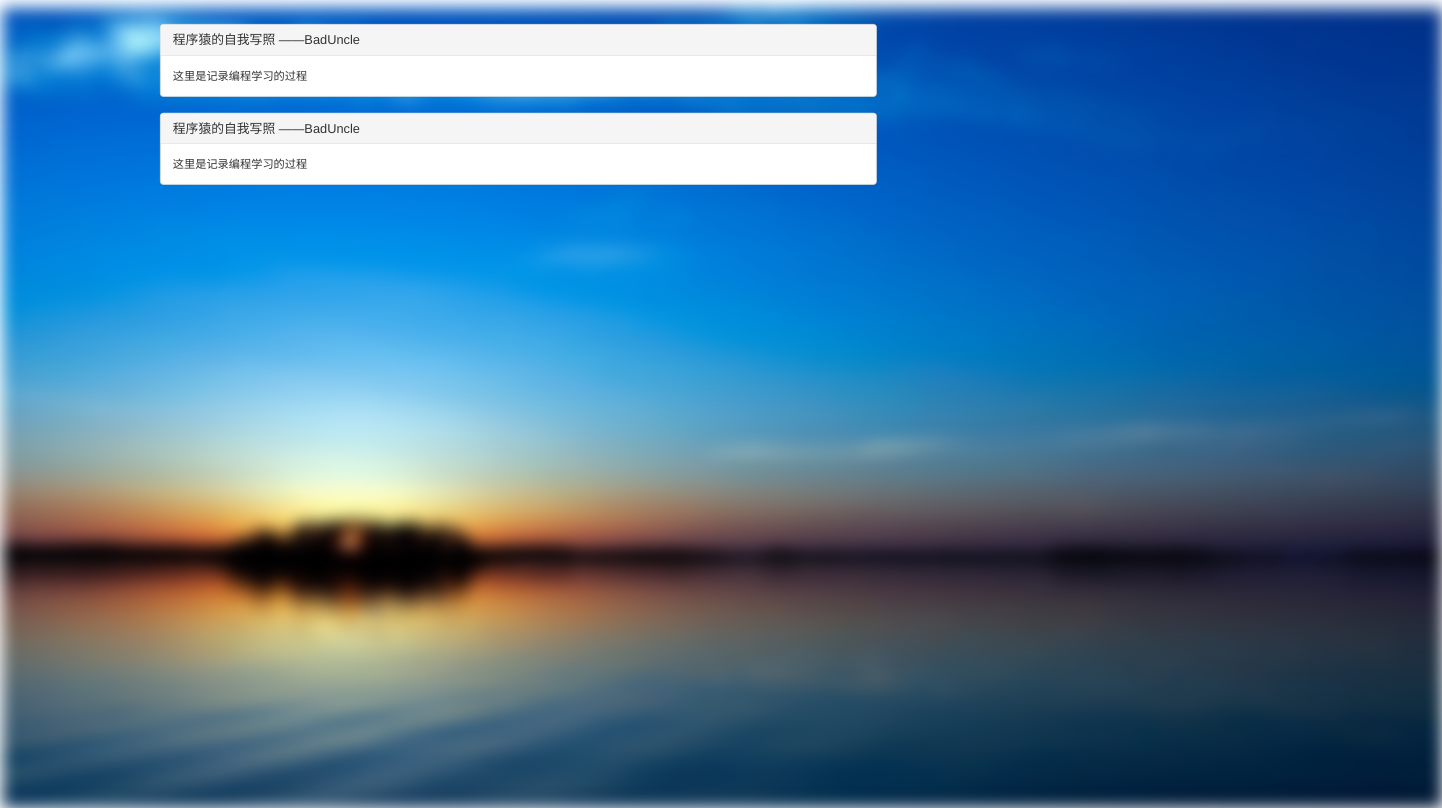
Repository: lidasi/monkeyLife
Page: http://localhost/monkeyLife/jsp/english.jsp
An editor plug-in stored every save of this project. The page is shown before and after the next save, followed by the edit.
The browser window is 1280 px wide. The page is 1803 px wide, so the pictures cover 1803 px, including what lies to the right of the window. The pictures show the whole page, at 80% of full size.
The page is served by Tomcat 9.

Above is the page before, as saved 2017-07-14 05:59:48.

After the next save:
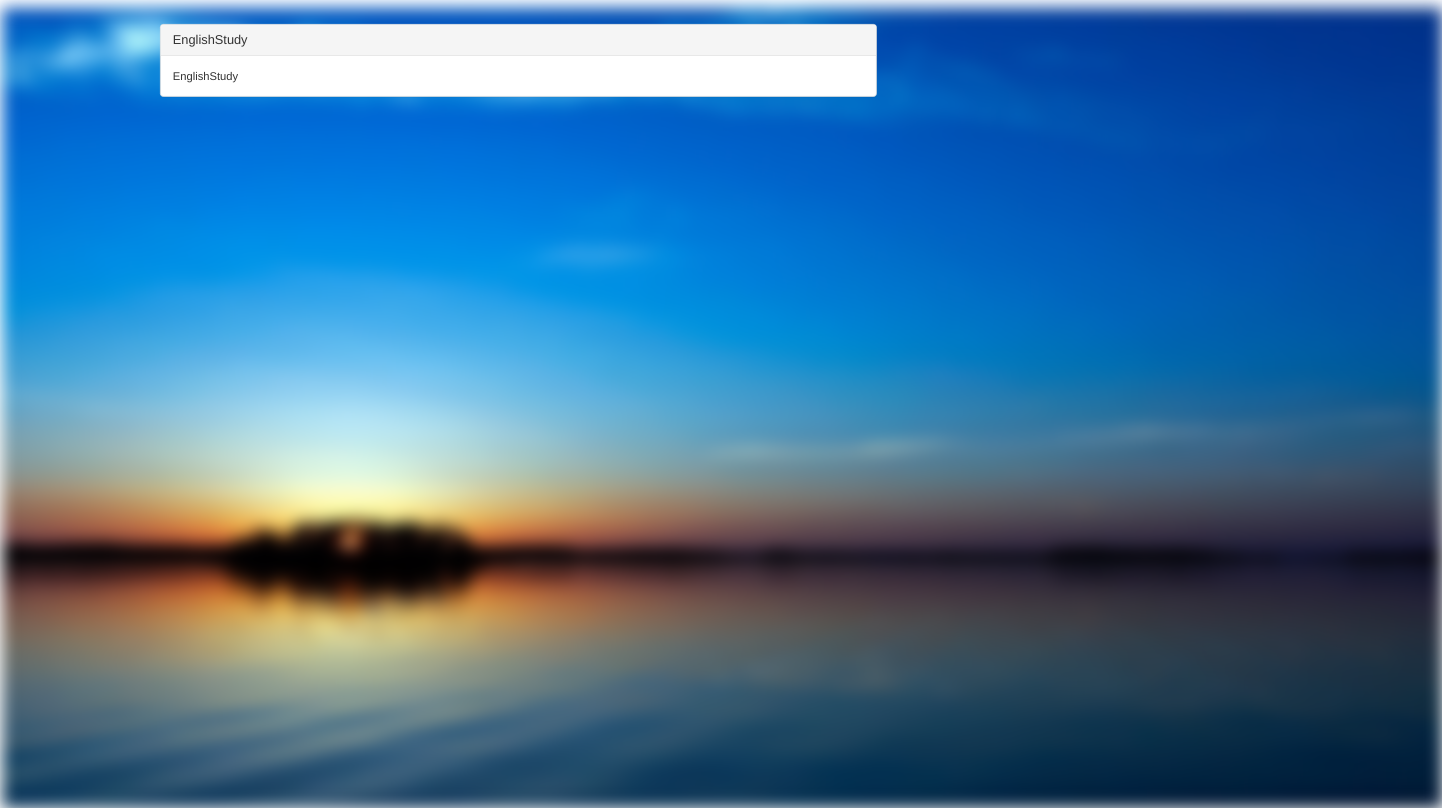
Saved 26 s later.
--- a/workSpeaces/monkeyLife/WebContent/jsp/english.jsp
+++ b/workSpeaces/monkeyLife/WebContent/jsp/english.jsp
@@ -28,23 +28,14 @@
 		<div class="panel panel-default">
 		    <div class="panel-heading">
 		        <h3 class="panel-title">
-		           <a id="title_01" href="#"> 程序猿的自我写照  ——BadUncle</a>
+		           <a id="title_01" href="#"> EnglishStudy</a>
 		        </h3>
 		    </div>
 		    <div id="content_01" class="panel-body">
-		      	  这里是记录编程学习的过程
+		      	  EnglishStudy
 		    </div>
 		</div>
-		<div class="panel panel-default">
-		    <div class="panel-heading">
-		        <h3 class="panel-title">
-		           <a id="title_02" href="#"> 程序猿的自我写照  ——BadUncle</a>
-		        </h3>
-		    </div>
-		    <div id="content_02" class="panel-body">
-		      	  这里是记录编程学习的过程
-		    </div>
-		</div>
+
 	</div>
 
 </body>
